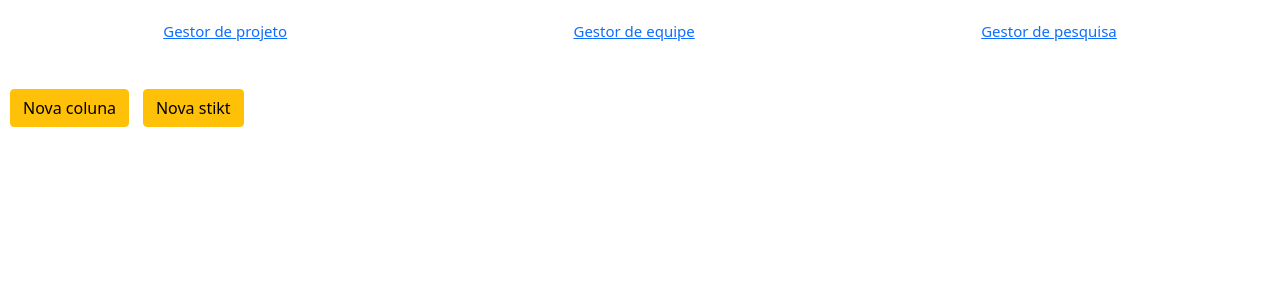
Repository: shadowruge/kanban
Page: index.html
These files come from the project's save history. The page is drawn as it stood at one moment and after a run of saves; the edit follows.
The browser window is 1280 px wide. The pictures show the whole page.

Above is the page before, as saved 2021-06-12 20:05:59.

### index.html
<!DOCTYPE html>
<html lang="en">
  <head>
    <meta charset="UTF-8" />
    <meta http-equiv="X-UA-Compatible" content="IE=edge" />
    <meta name="viewport" content="width=device-width, initial-scale=1.0" />
    <script src="https://cdn.jsdelivr.net/npm/@popperjs/core@2.9.2/dist/umd/popper.min.js" integrity="sha384-IQsoLXl5PILFhosVNubq5LC7Qb9DXgDA9i+tQ8Zj3iwWAwPtgFTxbJ8NT4GN1R8p" crossorigin="anonymous"></script>
<script src="https://cdn.jsdelivr.net/npm/bootstrap@5.0.1/dist/js/bootstrap.min.js" integrity="sha384-Atwg2Pkwv9vp0ygtn1JAojH0nYbwNJLPhwyoVbhoPwBhjQPR5VtM2+xf0Uwh9KtT" crossorigin="anonymous"></script>

    <script src="https://cdn.jsdelivr.net/npm/bootstrap@5.0.1/dist/js/bootstrap.bundle.min.js" integrity="sha384-gtEjrD/SeCtmISkJkNUaaKMoLD0//ElJ19smozuHV6z3Iehds+3Ulb9Bn9Plx0x4" crossorigin="anonymous"></script>
    <link href="https://cdn.jsdelivr.net/npm/bootstrap@5.0.1/dist/css/bootstrap.min.css" rel="stylesheet" integrity="sha384-+0n0xVW2eSR5OomGNYDnhzAbDsOXxcvSN1TPprVMTNDbiYZCxYbOOl7+AMvyTG2x" crossorigin="anonymous">
    <link rel="stylesheet" href="style.css" />
    <script src="index.js"></script>
    <title id="Description">Shadow Kanban</title>
  </head>
  <header>
    <nav class="nav">
      <p><a href="#">Gestor de projeto</a></p>
      <p><a href="#">Gestor de equipe</a></p>
      <p><a href="#">Gestor de pesquisa</a></p>

    </nav>
  </header>
  <body>

    <!--botão-->

  <button type="button" class="btn btn-warning">Nova coluna</button>

  <button type="button" class="btn btn-warning">Nova stikt</button>
  <div class="Linha" style="width:600px;">
    <!-- RECEBE DIVS DINAMICAS -->
    </div>

  </body>
  <script>

  </script>
</html>

### style.css
* {
  margin: 0;
  padding: 0;
  border: 0;
}

header{
  background-color:white;
}

body {
  font-size: 15px;
}


.nav {

  padding: 20px;
  display: flex;
  justify-content: space-around;
  flex-wrap: wrap;
}

.ideias,
.pesquisa,
.progresso,
.testes,
.pronto {
  margin-top: 5px;
  margin-left: auto;
}

.membros,
.membros-lideres {
  margin-left: 150px;
}

.d-flex {
  display: flex !important;
}

.flex-column {
  flex-direction: column !important;
}

.board {
  padding: 20px;
}

.board-column {
  margin-left: 20px;
}

.column-body {
  margin-top: 2em;
}

.card textarea {
  resize: none;
}

.sticker {
  width: 180px;
  height: 180px;
  }

  button {
  margin-top: 10px;
  margin-left: 10px;
  }

### index.js
function dragStartHandler(ev) {
  ev.dataTransfer.setData("application/my-app", ev.target.id);
  ev.dataTransfer.effectAllowed = "move";
}

function dragCardStart(e) {
  console.log(e);
}

function dragOvertHandler(ev) {
  ev.preventDefault();
  ev.dataTransfer.dropEffect = "move";
}

function dropHandler(ev) {
  ev.preventDefault();
  const data = ev.dataTransfer.getData("application/my-app");
  ev.target.appendChild(document.getElementById(data));
}

function handleInputKeys({ key }) {
  switch (key) {
    case "Enter":
      break;

    default:
      break;
  }
}

const onInputClick = (e) => {
  e.preventDefault();
  e.stopPropagation();
  e.target.disabled = false;
  e.target.focus();
};

const onInputLostFocus = (e) => {
  console.log(e);
  e.target.disabled = true;
};

function addNewCard(e) {
  //   console.log(e);
  //   console.log(column);
  //   console.log(body);
  //   console.log(body.children);
  //   console.log(body.children[0].getAttributeNames());
  const [, , , column] = e.path;
  const [, body] = column.children;
  const addButton = body.children[body.children.length - 1];
  const card = document.createElement("div");
  const input = document.createElement("textarea");
  input.cols = 30;
  input.rows = 10;
  input.disabled = true;
  card.appendChild(input);
  card.classList.add("card");
  card.draggable = "true";
  card.addEventListener("click", onInputClick);
  card.addEventListener("focusout", onInputLostFocus);
  card.addEventListener("dragstart", dragCardStart);
  body.removeChild(addButton);
  body.appendChild(card);
  body.appendChild(addButton);
}

After the next 2 saves:
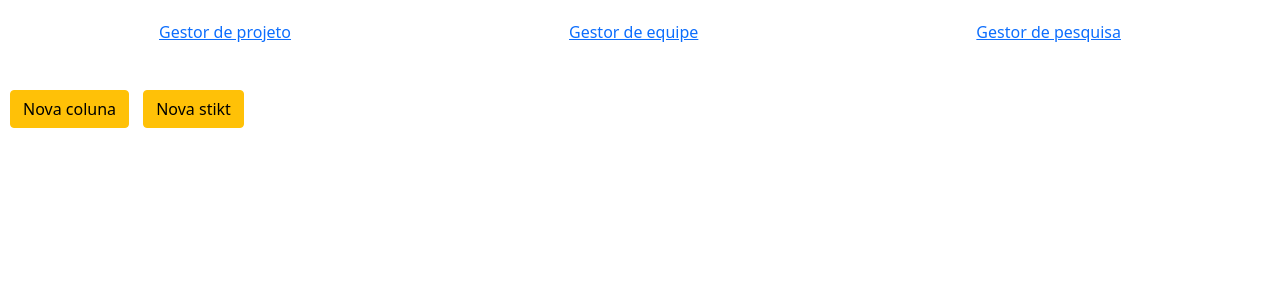
The 2 saves are shown as one change because they came seconds apart.
The last was saved 13 s later.
--- a/style.css
+++ b/style.css
@@ -7,11 +7,6 @@
 header{
   background-color:white;
 }
-
-body {
-  font-size: 15px;
-}
-
 
 .nav {
 
